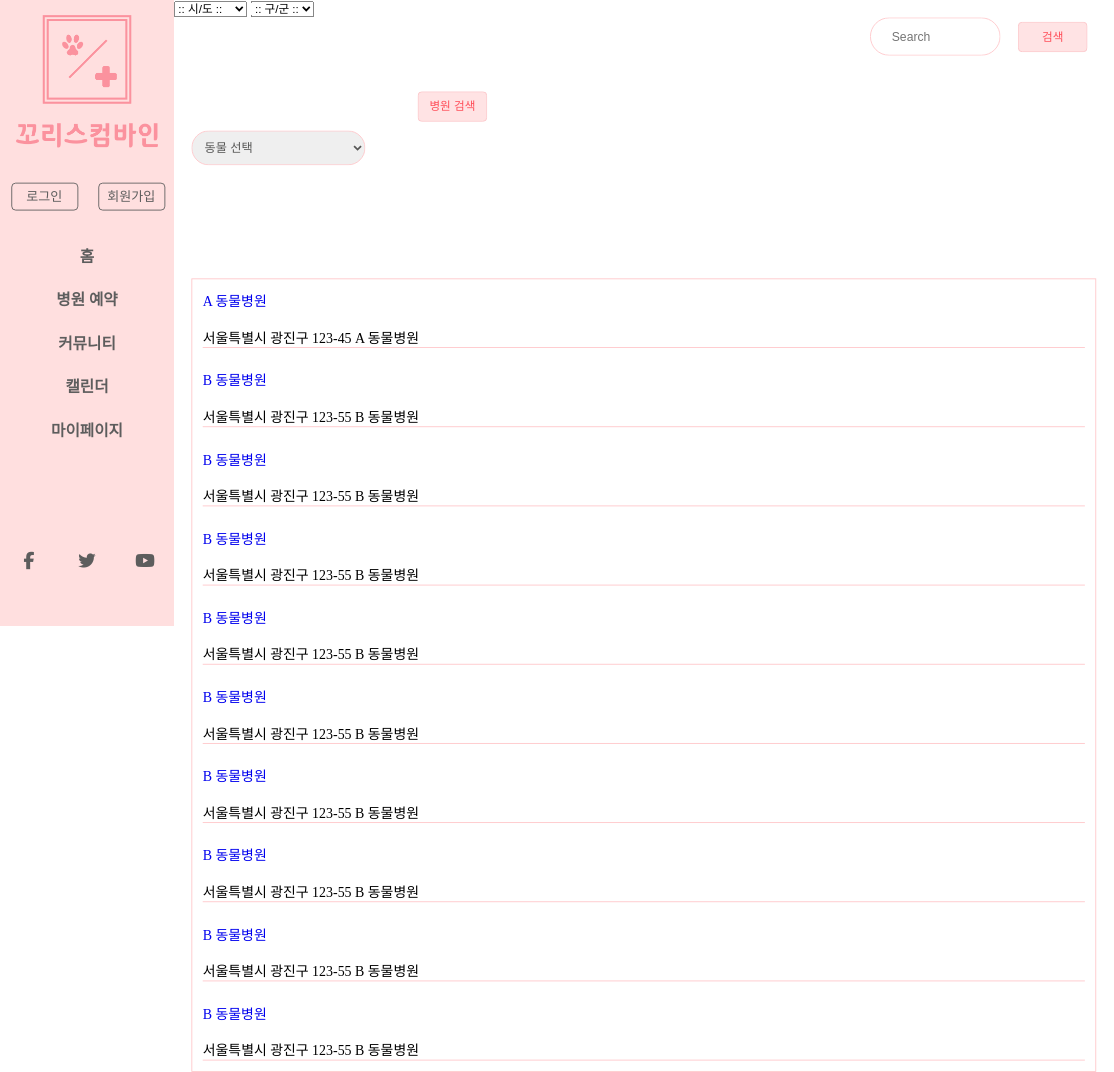
Repository: dodnam/kkoris
Page: http://localhost/1_kkoris/reservation1.jsp
An editor plug-in stored every save of this project. The page is shown before and after the next save, followed by the edit.
The browser window is 1280 px wide. The pictures show the whole page, at 87% of full size.
Some web libraries are served in a nearby version. The page is served by Tomcat 9.

Above is the page before, as saved 2020-02-17 02:18:00.

After the next save:
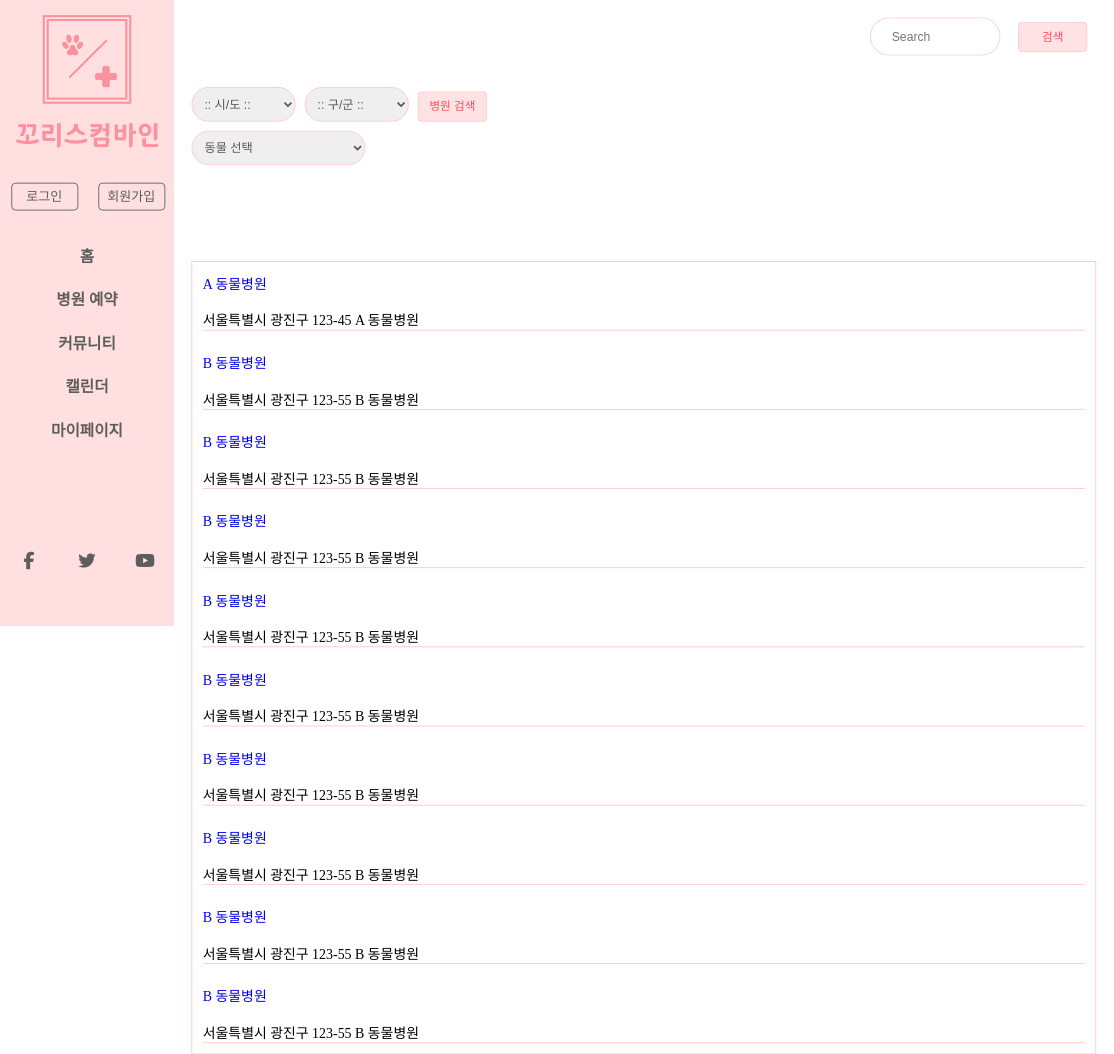
Saved 14 s later.
--- a/1_kkoris/WebContent/reservation1.jsp
+++ b/1_kkoris/WebContent/reservation1.jsp
@@ -9,8 +9,8 @@
 <style>
 	.search_input{width: 150px; padding: 12px 24px; font-size: 14px; line-height: 18px; color: #575756; background-size: 18px 18px; border-radius: 50px; backface-visibility: hidden; border: 1px solid #ffc6c9;position: fixed; right:130px; top: 20px; outline:none;}
    .search_box1{line-height: 30px; text-align: center; background-color: #ffe3e4; color:#ff4e59;border: 1px solid #fcc6c9; border-radius: 5px; width: 80px; height: 35px;  position: fixed;right: 30px; top: 25px; outline:none;}
-   	#city{width: 120px; padding: 10px; font-size: 14px; line-height: 18px; color: #575756;background-size: 18px 10px; border-radius: 50px; border: 1px solid #ffc6c9;position: fixed; top: 100px; left:220px; outline:none;}
-   	#gugun{width: 120px; padding: 10px; font-size: 14px; line-height: 18px; color: #575756;background-size: 18px 10px; border-radius: 50px; border: 1px solid #ffc6c9;position: fixed; top: 100px; left: 350px; outline:none;}
+   	#first{width: 120px; padding: 10px; font-size: 14px; line-height: 18px; color: #575756;background-size: 18px 10px; border-radius: 50px; border: 1px solid #ffc6c9;position: fixed; top: 100px; left:220px; outline:none;}
+   	#second{width: 120px; padding: 10px; font-size: 14px; line-height: 18px; color: #575756;background-size: 18px 10px; border-radius: 50px; border: 1px solid #ffc6c9;position: fixed; top: 100px; left: 350px; outline:none;}
    	.search_box2{line-height: 30px; text-align: center; background-color: #ffe3e4; color:#ff4e59;border: 1px solid #fcc6c9; border-radius: 5px; width: 80px; height: 35px;  position: fixed;left: 480px; top: 105px; outline:none;}
    	.search_animal{width: 200px; padding: 10px; font-size: 14px; line-height: 18px; color: #575756;background-size: 18px 10px; border-radius: 50px; border: 1px solid #ffc6c9;position: fixed; top: 150px; left:220px; outline:none;}
    	.medical_departments{width: 200px; padding: 10px; font-size: 14px; line-height: 18px; color: #575756;background-size: 18px 10px; border-radius: 50px; border: 1px solid #ffc6c9;position: fixed; top: 200px; left:220px; outline:none;}
